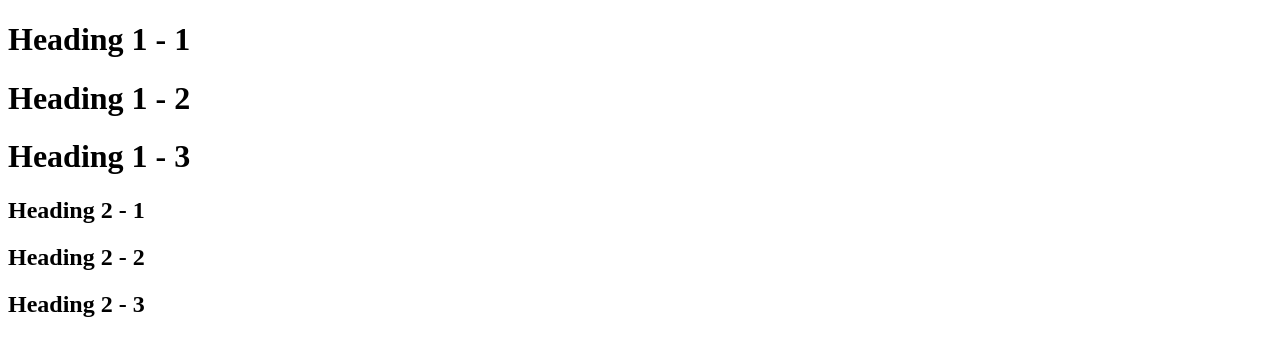
Repository: alcarrizo/Cartoon-Hero
Page: style-test.html
An editor plug-in stored every save of this project. The page is shown before and after the next save, followed by the edit.
The browser window is 1280 px wide. The pictures show the whole page.

Above is the page before, as saved 2022-10-03 14:09:24.

### style-test.html
<!DOCTYPE html>
<html lang="en">
<head>
    <meta charset="UTF-8">
    <meta http-equiv="X-UA-Compatible" content="IE=edge">
    <meta name="viewport" content="width=device-width, initial-scale=1.0">
    <title>style-test page</title>
</head>
<body>
    <h1>Heading 1 - 1</h1>
    <h1>Heading 1 - 2</h1>
    <h1>Heading 1 - 3</h1>
    <h2>Heading 2 - 1</h2>
    <h2>Heading 2 - 2</h2>
    <h2>Heading 2 - 3</h2>

</body>
</html>

After the next save:
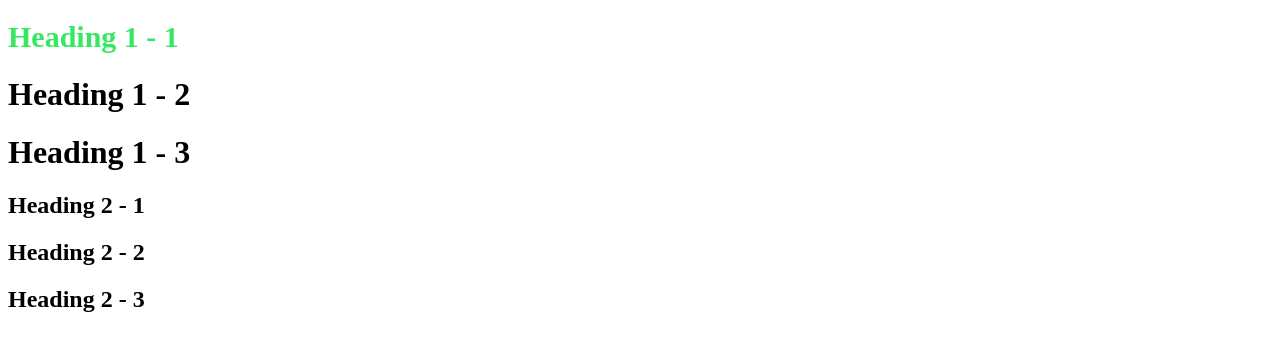
Saved 2 min 4 s later.
--- a/style-test.html
+++ b/style-test.html
@@ -7,7 +7,7 @@
     <title>style-test page</title>
 </head>
 <body>
-    <h1>Heading 1 - 1</h1>
+    <h1 style="font-size: 30px; color: #36E761">Heading 1 - 1</h1>
     <h1>Heading 1 - 2</h1>
     <h1>Heading 1 - 3</h1>
     <h2>Heading 2 - 1</h2>
